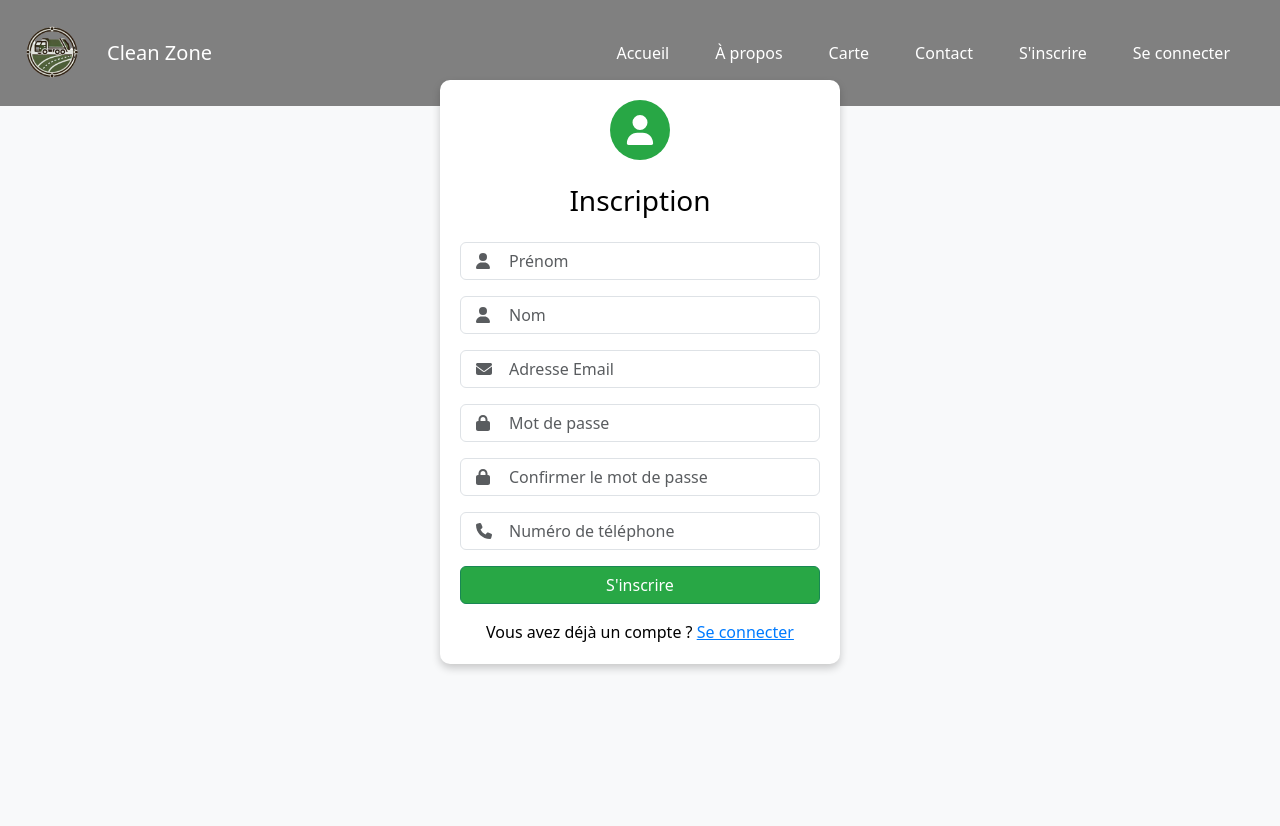
Repository: SystemInfoGeo/QGISproject
Page: /signup (app in NEXT/)
An editor plug-in stored every save of this project. The page is shown before and after the next save, followed by the edit.
The browser window is 1280 px wide. The pictures show the whole page.
The project was rebuilt for these pictures with package versions that can differ from the ones it lists, and the page was loaded fresh each time. The framework's server and built-in components were replaced by stand-ins that run in the browser. Also part of the build but not shown: NEXT/next.config.mjs.

Above is the page before, as saved 2024-09-17 10:45:56.

After the next save:
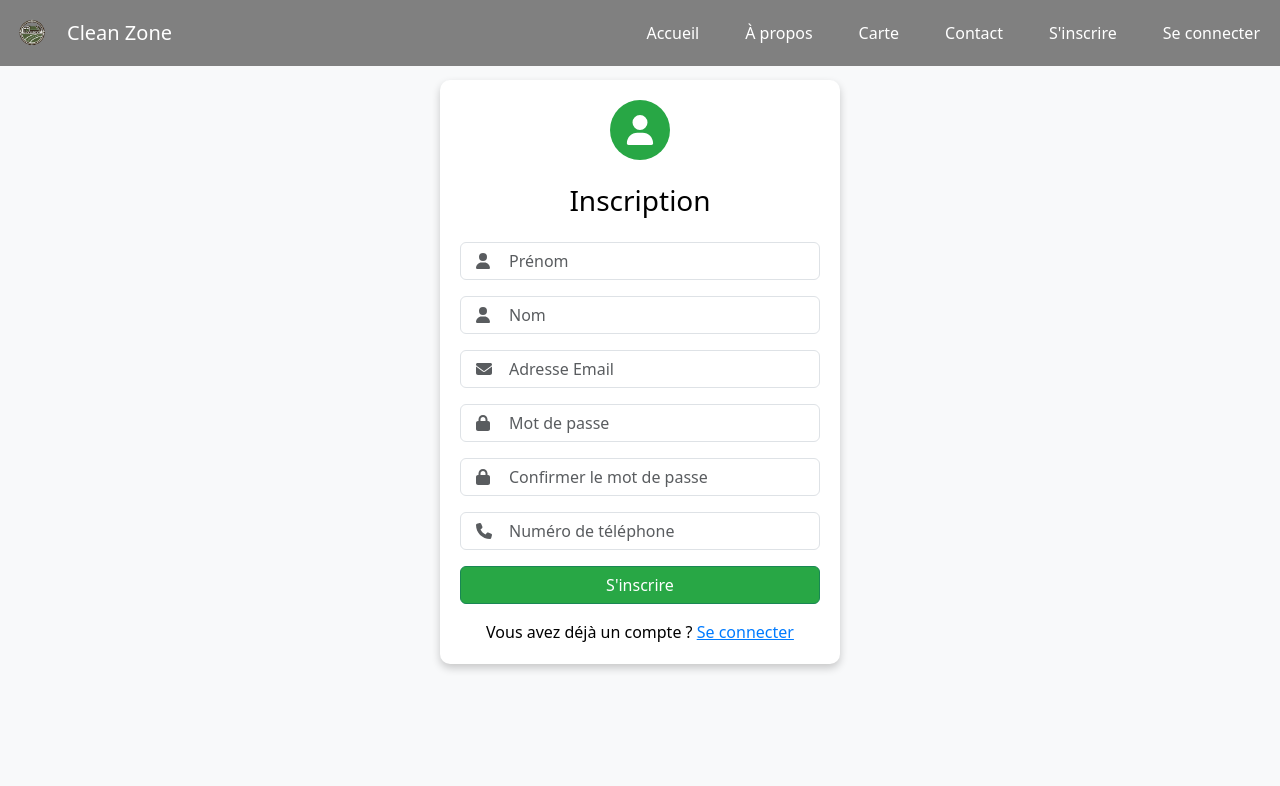
Saved 115 s later.
--- a/NEXT/components/Navbar.js
+++ b/NEXT/components/Navbar.js
@@ -1,8 +1,7 @@
 import Link from 'next/link';
 import { useAuth } from '../context/AuthContext'; // Importer le hook useAuth
+import 'bootstrap/dist/css/bootstrap.min.css';
 import { useEffect, useState } from 'react';
-import 'bootstrap/dist/css/bootstrap.min.css';
-import '../styles/Navbar.css';
 
 export default function Navbar() {
   const { loggedIn } = useAuth(); // Utiliser le hook pour accéder à l'état de connexion
@@ -20,10 +19,10 @@ export default function Navbar() {
   }, []);
 
   return (
-    <nav className="navbar navbar-expand-lg custom-navbar">
+    <nav className="navbar navbar-expand-lg" style={{ backgroundColor: '#808080' }}>
       <div className="container-fluid">
-        <a className="navbar-brand" href="/">
-          <img src="/images/logo.jpg" alt="Logo" className="logo" />
+        <a className="navbar-brand" href="/" style={{ color: 'white', display: 'flex', alignItems: 'center' }}>
+          <img src="/images/logo.jpg" alt="Logo" style={{ width: '40px', height: '40px', marginRight: '15px' }} />
           Clean Zone
         </a>
         <button className="navbar-toggler" type="button" data-bs-toggle="collapse" data-bs-target="#navbarNav" aria-controls="navbarNav" aria-expanded="false" aria-label="Toggle navigation">
@@ -33,35 +32,42 @@ export default function Navbar() {
           <ul className="navbar-nav ms-auto">
             <li className="nav-item">
               <Link href="/" legacyBehavior>
-                <a className="nav-link custom-nav-link">Accueil</a>
+                <a className="nav-link" style={{ color: 'white', marginRight: '30px' }}>Accueil</a>
               </Link>
             </li>
+
             <li className="nav-item">
               <Link href="/apropos" legacyBehavior>
-                <a className="nav-link custom-nav-link">À propos</a>
+                 <a className="nav-link" style={{ color: 'white', marginRight: '30px' }}>À propos</a>
               </Link>
             </li>
+
             <li className="nav-item">
               <Link href="/CARTE" legacyBehavior>
-                <a className="nav-link custom-nav-link">Carte</a>
+                <a className="nav-link" style={{ color: 'white', marginRight: '30px' }}>Carte</a>
               </Link>
             </li>
             <li className="nav-item">
               <Link href="/contact" legacyBehavior>
-                <a className="nav-link custom-nav-link">Contact</a>
+                <a className="nav-link" style={{ color: 'white', marginRight: '30px' }}>Contact</a>
               </Link>
             </li>
 
             {/* Affichage conditionnel basé sur l'état de connexion et le rôle */}
             {loggedIn ? (
               <li className="nav-item">
+                {/* Si l'utilisateur est admin, rediriger vers le profil admin, sinon vers le profil utilisateur */}
                 {userRole === 'admin' ? (
                   <Link href="/admin/profile" legacyBehavior>
-                    <a className="nav-link custom-nav-link">Profil Admin</a>
+                    <a className="nav-link" style={{ color: 'white', marginRight: '30px' }}>
+                      Profil Admin
+                    </a>
                   </Link>
                 ) : (
                   <Link href="/user/profile" legacyBehavior>
-                    <a className="nav-link custom-nav-link">Profil</a>
+                    <a className="nav-link" style={{ color: 'white', marginRight: '30px' }}>
+                      Profil
+                    </a>
                   </Link>
                 )}
               </li>
@@ -69,12 +75,12 @@ export default function Navbar() {
               <>
                 <li className="nav-item">
                   <Link href="/signup" legacyBehavior>
-                    <a className="nav-link custom-nav-link">S'inscrire</a>
+                    <a className="nav-link" style={{ color: 'white', marginRight: '30px' }}>S'inscrire</a>
                   </Link>
                 </li>
                 <li className="nav-item">
                   <Link href="/login" legacyBehavior>
-                    <a className="nav-link custom-nav-link">Se connecter</a>
+                    <a className="nav-link" style={{ color: 'white' }}>Se connecter</a>
                   </Link>
                 </li>
               </>
